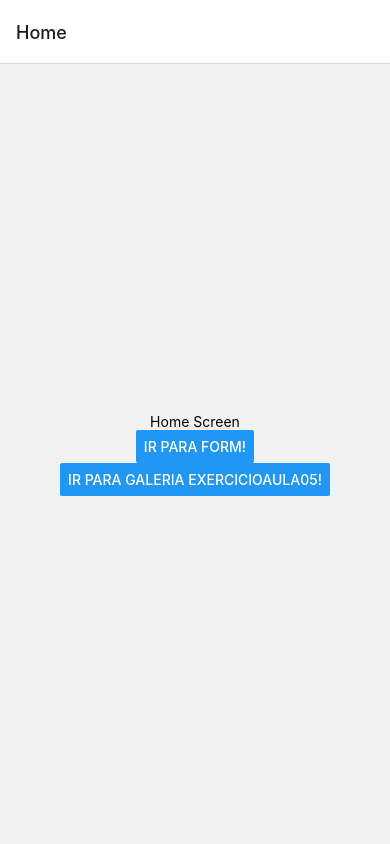
Repository: DS151-UFPR-2023/DS151_Israel-De-Quadros_EX4
Screen: /
An editor plug-in stored every save of this project. The screen is shown before and after the next save, followed by the edit.
The app was drawn by React Native's web renderer in a window 390 px wide. The project was rebuilt for these pictures with package versions that can differ from the ones it lists, and the page was loaded fresh each time. Also part of the build but not shown: src/components/style.js, src/components/title/index.js, src/components/result/index.js, src/components/form/index.js, src/components/main/index.js, src/components/novoComponente/index.js, src/components/counterScreen.js, src/components/ColorList.js and 4 more.

Above is the screen before, as saved 2023-09-08 19:59:39.

### App.js
import { StatusBar } from 'expo-status-bar';
import { StyleSheet, Text, View } from 'react-native';
import Title from './src/components/title';
import Main from './src/components/main';
import Home2 from './src/components/novoComponente';
import { NavigationContainer } from '@react-navigation/native';
import { createStackNavigator } from '@react-navigation/stack';
import HomeScreen from './src/HomeScreen';
import CounterScreen from './src/components/counterScreen';
import Form from './src/components/form';
import ColorList from './src/components/ColorList';
import LayoutScreen from './src/components/LayoutScreen';
import ExercicioAula05 from './src/components/imagensAula05';

const Stack = createStackNavigator();

export default function App() {
  return (
    <NavigationContainer>
       <Stack.Navigator>
        <Stack.Screen name="Home" component={HomeScreen} />
        <Stack.Screen name="Form" component={Form} />
        <Stack.Screen name="ExercicioAula05" component={ExercicioAula05} />
      </Stack.Navigator>
    </NavigationContainer>
  );
}

const styles = StyleSheet.create({
  container: {
    flex: 1,
    backgroundColor: '#999',
    alignItems: 'center',
    justifyContent: 'center',
  },
});



/*
      <Stack.Navigator>
        <Stack.Screen name="Home" component={HomeScreen} />
        <Stack.Screen name="Home2" component={Home2} />
        <Stack.Screen name="CounterScreen" component={CounterScreen} />
        <Stack.Screen name="Form" component={Form} />
        <Stack.Screen name="ColorList" component={ColorList} />
        <Stack.Screen name="LayoutScreen" component={LayoutScreen} />
        <Stack.Screen name="ExercicioAula05" component={ExercicioAula05} />
      </Stack.Navigator>
      */

### src/HomeScreen.js
import React from "react";
import { View, Text, StyleSheet, Button } from 'react-native';

function HomeScreen({ navigation }) {
    return (
        <View style={style.mainView}>
            <Text>Home Screen</Text>
            <Button title="Ir para Form!"
                onPress={() => navigation.navigate('Form')}
            />
            <Button title="Ir para Galeria ExercicioAula05!"
                onPress={() => navigation.navigate('ExercicioAula05')}
            />
        </View>
    )
}

export default HomeScreen;

const style = StyleSheet.create({
    mainView: {
        flex: 1,
        alignItems: 'center',
        justifyContent: 'center'
    }
})

### src/components/searchBar.js
import { StyleSheet, View, Text, TextInput } from "react-native";
import React from "react";

export default function SearchBar(){
    return (
        //conteudo do formulario
        <View>
            <Text>Nota 1</Text>
            <TextInput placeholder="Digite aqui!"></TextInput>
        </View>
    );
}

After the next save:
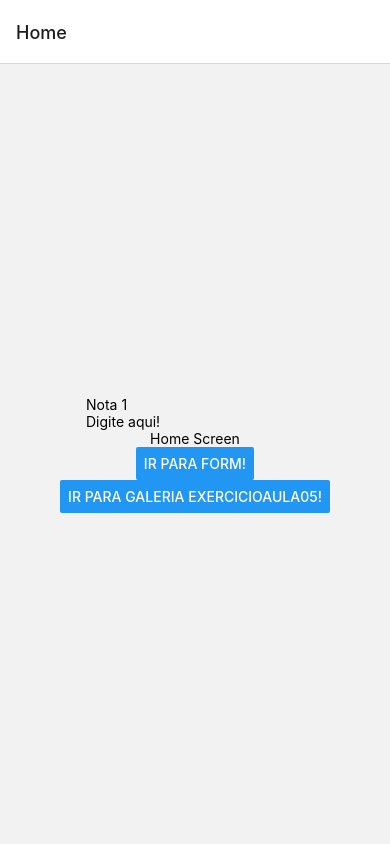
Saved 18 s later.
--- a/src/HomeScreen.js
+++ b/src/HomeScreen.js
@@ -1,9 +1,11 @@
 import React from "react";
 import { View, Text, StyleSheet, Button } from 'react-native';
+import SearchBar from "./components/searchBar";
 
 function HomeScreen({ navigation }) {
     return (
         <View style={style.mainView}>
+            <SearchBar/>
             <Text>Home Screen</Text>
             <Button title="Ir para Form!"
                 onPress={() => navigation.navigate('Form')}
